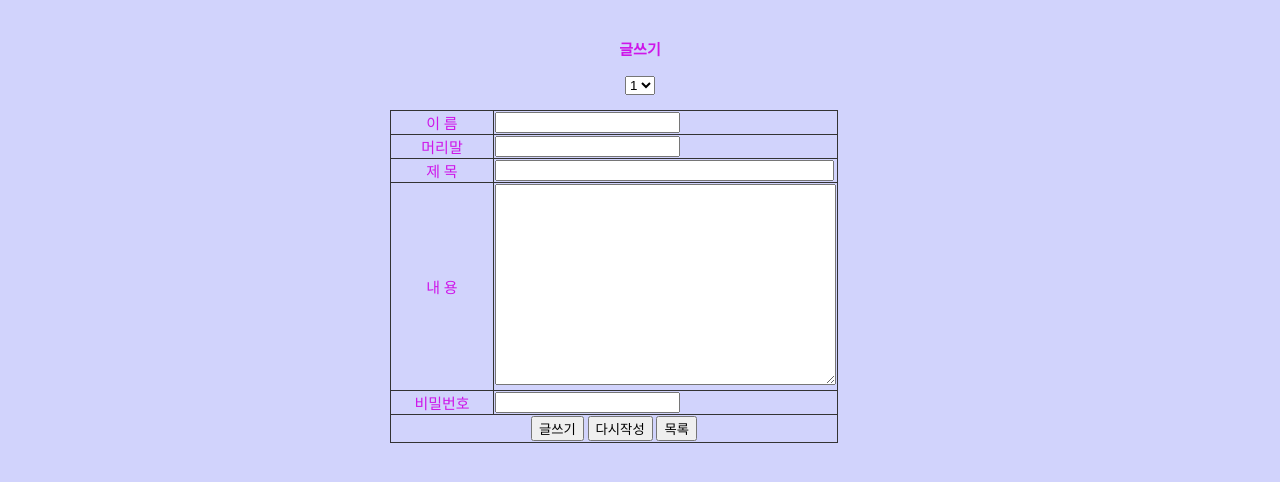
Repository: LouisKisaragi/BB-Bank
Page: http://localhost/freeboard/freeboard/writeForm.jsp
These files come from the project's save history. The page is drawn as it stood at one moment and after the next save; the edit follows.
The browser window is 1280 px wide. The pictures show the whole page.
The page is served by Tomcat 9. Other server files are loaded and not shown.

Above is the page before, as saved 2017-11-21 02:11:38.

### 이득건/publicFree/workspace/freeboard/WebContent/freeboard/writeForm.jsp
<%@ page language="java" contentType="text/html; charset=UTF-8"
    pageEncoding="UTF-8"%>
<%@ taglib prefix="c" uri="http://java.sun.com/jsp/jstl/core" %>
<!DOCTYPE html>
<html>
<head>
<meta http-equiv="Content-Type" content="text/html; charset=UTF-8">
<title>게시판</title>
<script src="${pageContext.request.contextPath }/freeboard/script.js"></script>
<link href="${pageContext.request.contextPath }/freeboard/css/style.css" rel="stylesheet" type="text/css"/>
<link href="${pageContext.request.contextPath}/freeboard/css/writeFormstyle.css" rel="stylesheet" type="text/css"/>
</head>
<body>
<section>
<article>
<b>글쓰기</b>
<br></br>
<form method="post" name="writeForm" action="${pageContext.request.contextPath}/board/writePro.do" onsubmit="return writeSave()">
<input type="hidden" name="num" value="${num}">
<input type="hidden" name="ref" value="${ref}">
<input type="hidden" name="step" value="${step}">
<input type="hidden" name="depth" value="${depth}">
<input type="hidden" name="bn" value="${bn}">

<select name="category" size="1">
	<option value="1" selected>1
	<option value="2">2
	<option value="3">3
</select>
<p>

<table class="board">
	<tr>
		<td class="attr">이 름</td>
		<td>
			<input type = "text" name="writer">
			</td>
		</tr>
		<tr>
			<td class="attr">머리말</td>
			<td>
				<input type="text" name="preface">
			</td>
		</tr>
		<tr>
			<td class="attr">제 목</td>
			<td>
			<c:if test="${num == 0}">
			<input class="input" type="text" name="subject">
			</c:if>
			<c:if test="${num != 0}">
			<input class="input" type="text" name="subject" >
			</c:if>
			</td>
		</tr>
		<tr>
			<td class="attr">내 용</td>
			<td>
				<textarea name="content" rows="13" cols="40"></textarea>
			</td>
		</tr>
		<tr>
			<td class="attr">비밀번호</td>
			<td>
				<input type="password" name="pass">
			</td>
		</tr>
		<tr>
			<td colspan="2" class="attr">
				<input type="submit" value="글쓰기">
				<input type="reset" value="다시작성">
				<input type="button" value="목록" OnClick="window.location='${pageContext.request.contextPath}/board/list.do'">
			</td>
		</tr>
</table>
</form>
</article>
</section>
</body>
</html>

### 이득건/publicFree/workspace/freeboard/WebContent/freeboard/script.js
function writeSave(){
	if(document.writeForm.writer.value == ""){
	alert("작성자를 입력하세요.");
	document.writeForm.writer.focus();
	return false;
	}
	if(document.writeForm.subject.value == ""){
	alert("제목을 입력하세요.");
	document.writeForm.subject.focus();
	return false;
	}
	if(document.writeForm.content.value == ""){
	alert("내용을 입력하세요.");
	document.writeForm.content.focus();
	return false;
	}
	if(document.writeForm.pass.value == ""){
	alert("비밀번호를 입력하세요.");
	document.writeForm.pass.focus();
	return false;
	}
}

### 이득건/publicFree/workspace/freeboard/WebContent/freeboard/css/style.css
@CHARSET "UTF-8";
body{
	background-color:#d1d3fc;
	font-size:15px;
	color: #ce16e9;
	text-align: center;
}
a:link {
	text-decoration:nonecolor:#696969;
}
a:hover {
	text-decoration:yescolor:#66ccff;
}
a:visted {
	text-decoration:noncolor:#330066;
}

### 이득건/publicFree/workspace/freeboard/WebContent/freeboard/css/writeFormstyle.css
@CHARSET "UTF-8";
section{
	padding-top: 30px;
	width:500px;
	margin: auto;
	left:0; top:0; righr:0; bottom:0;
}

.board{
	text-align:center;
	border-collapse:collapse;
}

.board td {
	border:1px solid #333;
	text-align:left;
	width:330px;
	hegith:30px;
	border:1px solid #333;
}
.board td .input{
	width:97%;
}
.board .attr{
	width: 100px;
	text-align:center;
}

After the next save:
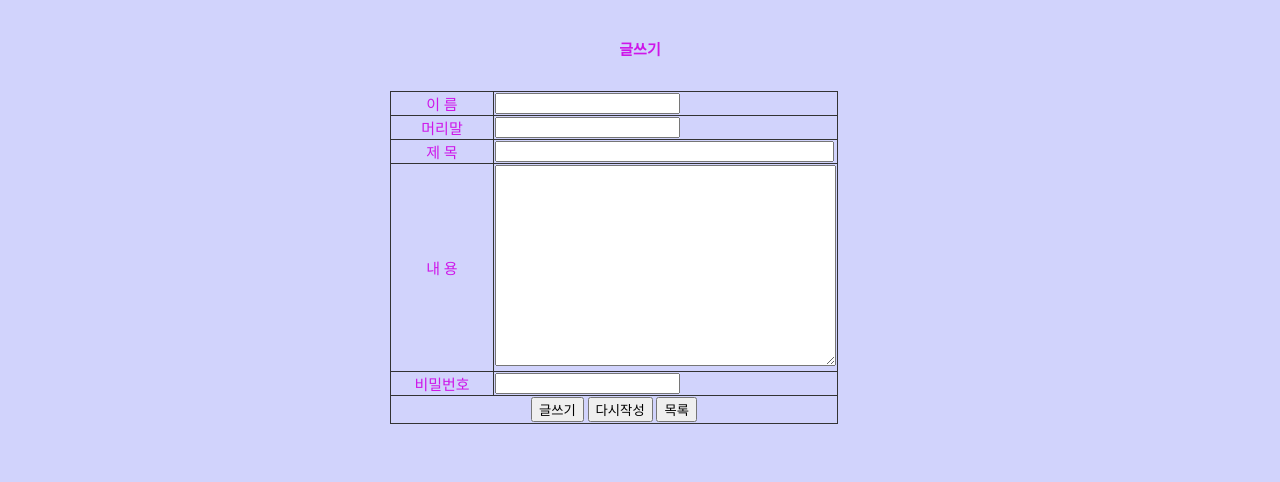
Saved 26 min 29 s later.
--- a/이득건/publicFree/workspace/freeboard/WebContent/freeboard/writeForm.jsp
+++ b/이득건/publicFree/workspace/freeboard/WebContent/freeboard/writeForm.jsp
@@ -22,11 +22,7 @@
 <input type="hidden" name="depth" value="${depth}">
 <input type="hidden" name="bn" value="${bn}">
 
-<select name="category" size="1">
-	<option value="1" selected>1
-	<option value="2">2
-	<option value="3">3
-</select>
+
 <p>
 
 <table class="board">
